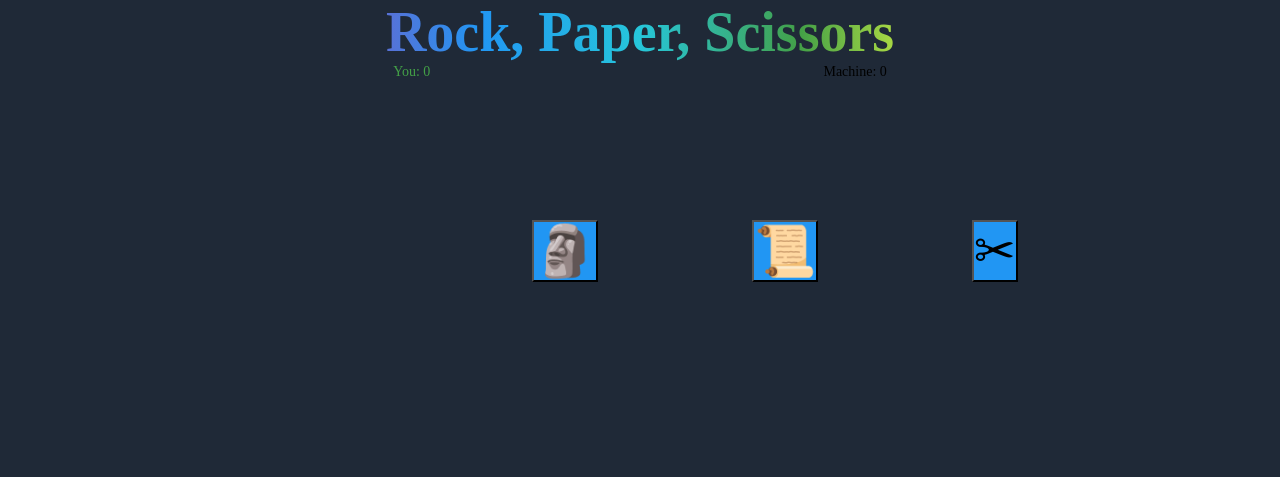
Repository: dung8466/RPS
Page: index.html
These files come from the project's save history. The page is drawn as it stood at one moment and after the next save; the edit follows.
The browser window is 1280 px wide. The pictures show the whole page.

Above is the page before, as saved 2022-07-01 21:32:29.

### index.html
<!DOCTYPE html>
<html lang="en">
<head>
    <meta charset="UTF-8">
    <meta http-equiv="X-UA-Compatible" content="IE=edge">
    <meta name="viewport" content="width=device-width, initial-scale=1.0">
    <title>Fun Game</title>
    <link rel="stylesheet" href="style.css">
    <script src="script.js" defer></script>
</head>
<body>
    <h1 class="header">
        Rock, Paper, Scissors
    </h1>
    <div class="results flex-box">
        <div class="player-result">
            You: <span class="result-score" data-your-score>0</span>
        </div>
        <div data-final-column>
            Machine: <span class="result-score" data-computer-score>0</span>
        </div>
    </div>
    <div class="selections">
        <button class="selection" data-selection="rock">🗿</button>
        <button class="selection" data-selection="paper">📜</button>
        <button class="selection" data-selection="scissors">✂</button>
    </div>
</body>
</html>

### style.css
*{
    font-family: 'Times New Roman', Times, serif;
    font-size: 14px;
    margin: 0;
    padding: 0;
    background-color: #1f2937;
}

.flex-box{
    display: flex;
    align-items: center;
    justify-content: space-evenly;
    align-content: space-between;
}
.header{
    font-size: 4em;
    font-weight: bold;
    background: linear-gradient(to right, #ef5350, #f48fb1, #7e57c2, #2196f3, #26c6da, #43a047, #eeff41, #f9a825, #ff5722);
    -webkit-background-clip: text;
    -webkit-text-fill-color: transparent;
    text-align: center;
}

.result{
    margin-top: 10em;
    margin-bottom: 3em;
    font-weight: bold;
}
.result div{
    font-size: 2em;
}
.result div span{
    font-size: 1em;
}
.player-result{
    color: #43a047;
}
.machine-result{
    color :#ef5350;
}
.selections{
    margin-left: 38em;
    margin-top: 10em;
}
.selection{
    font-size: 50px;
    background-color: #2196f3;
    margin-right: 3em;
    cursor: pointer;
    transition: 100ms;
}
.selection:hover {
    transform: scale(1.2);
  }

### script.js
const SELECTIONS = [
    {
        name: 'rock',
        emoji: '🗿',
        beats: 'scissors',
    },
    {
        name: 'paper',
        emoji: '📜',
        beats: 'rock',
    },
    {
        name: 'scissors',
        emoji: '✂',
        beats: 'paper',
    }
]
const selectionButtons = document.querySelectorAll('[data-selection]')
const finalColumn = document.querySelector('[data-final-column]')
const computerScoreSpan = document.querySelector('[data-computer-score]')
const yourScoreSpan = document.querySelector('[data-your-score]')
selectionButtons.forEach(selectionButton => {
  selectionButton.addEventListener('click', e => {
    const selectionName = selectionButton.dataset.selection
    const selection = SELECTIONS.find(selection => selection.name === selectionName)
    makeSelection(selection)
  })
})

function makeSelection(selection) {
  const computerSelection = randomSelection()
  const yourWinner = isWinner(selection, computerSelection)
  const computerWinner = isWinner(computerSelection, selection)

  addSelectionResult(computerSelection, computerWinner)
  addSelectionResult(selection, yourWinner)

  if (yourWinner) incrementScore(yourScoreSpan)
  if (computerWinner) incrementScore(computerScoreSpan)
}

function incrementScore(scoreSpan) {
  scoreSpan.innerText = parseInt(scoreSpan.innerText) + 1
}

function addSelectionResult(selection, winner) {
  const div = document.createElement('div')
  div.innerText = selection.emoji
  div.classList.add('result-selection')
  if (winner) div.classList.add('winner')
  finalColumn.after(div)
}

function isWinner(selection, opponentSelection) {
  return selection.beats === opponentSelection.name
}

function randomSelection() {
  const randomIndex = Math.floor(Math.random() * SELECTIONS.length)
  return SELECTIONS[randomIndex]
}

After the next save:
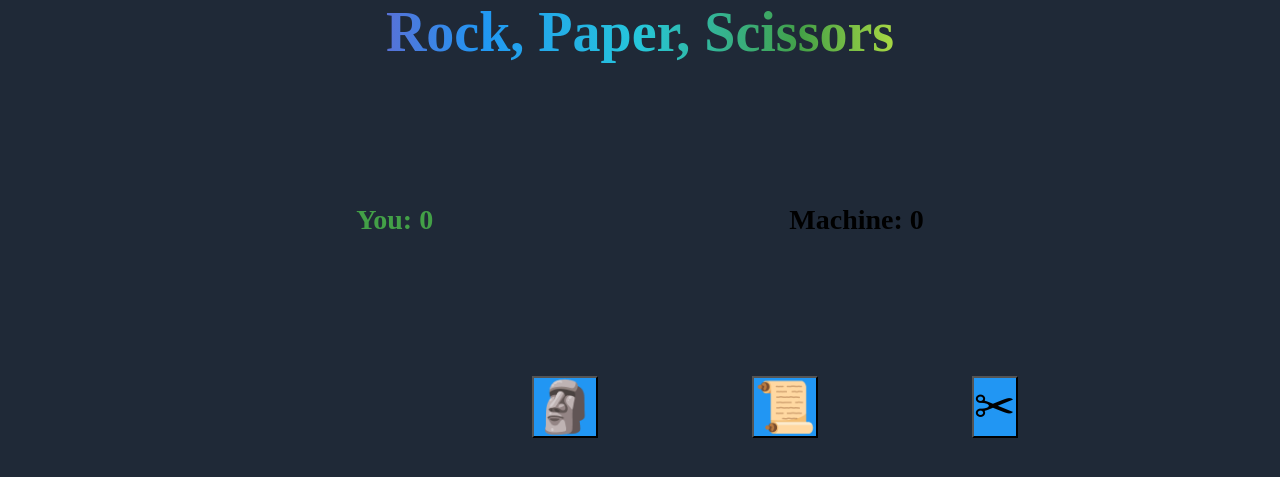
Saved 116 s later.
--- a/style.css
+++ b/style.css
@@ -21,15 +21,15 @@
     text-align: center;
 }
 
-.result{
+.results{
     margin-top: 10em;
     margin-bottom: 3em;
     font-weight: bold;
 }
-.result div{
+.results div{
     font-size: 2em;
 }
-.result div span{
+.results div span{
     font-size: 1em;
 }
 .player-result{
